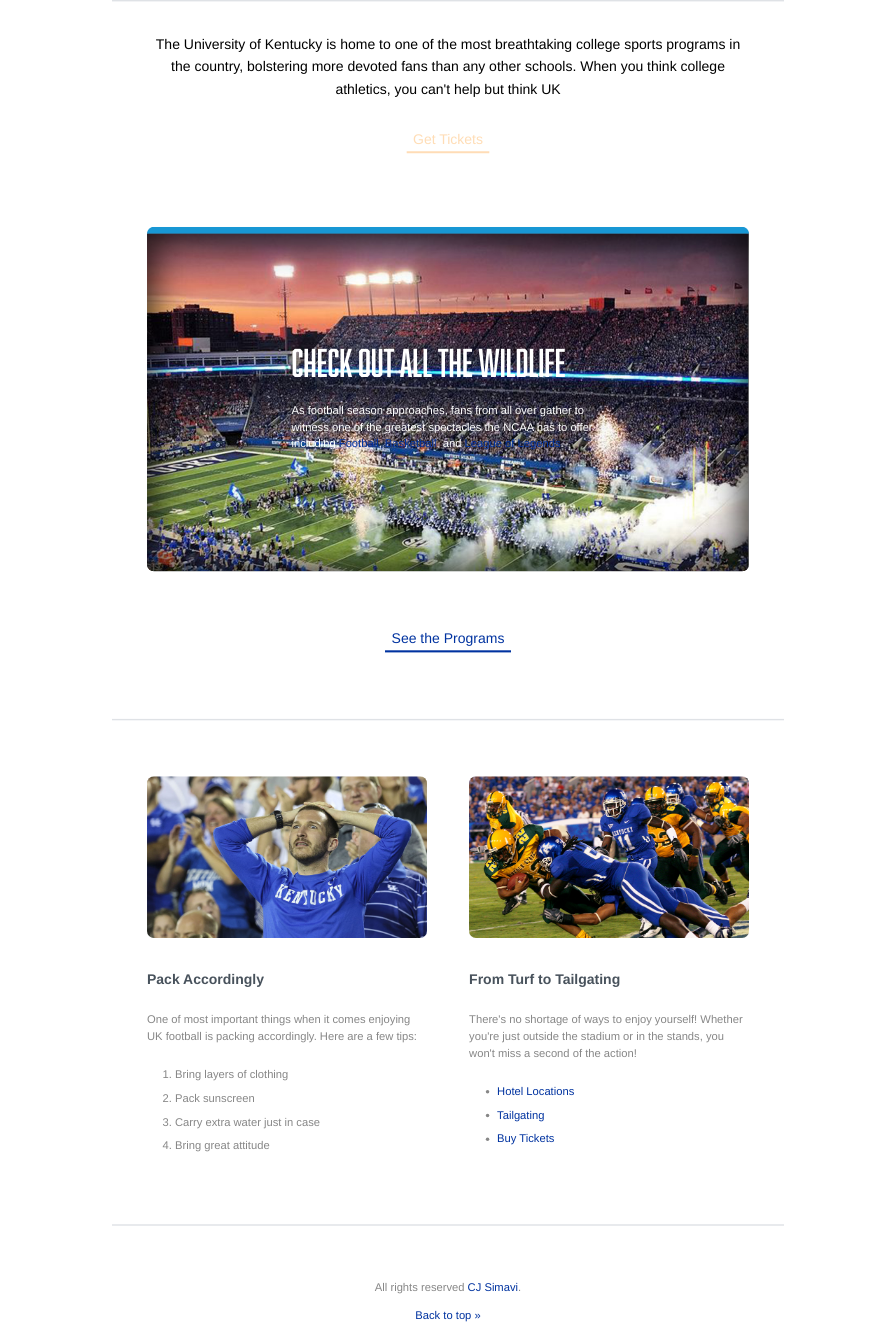
Repository: CalamityJayen/sportsball
Page: index.html
The author's editor kept a record of every edit. The page is drawn from the files as they stood at one moment, then again after the next edit.
The browser window is 1280 px wide. The pictures show the part of the page from y = 850 to 2750 px (the page is 2811 px tall), at 70% of full size.
The pointer rests on the first visible `a`.

Above is the page before.

After the next edit:
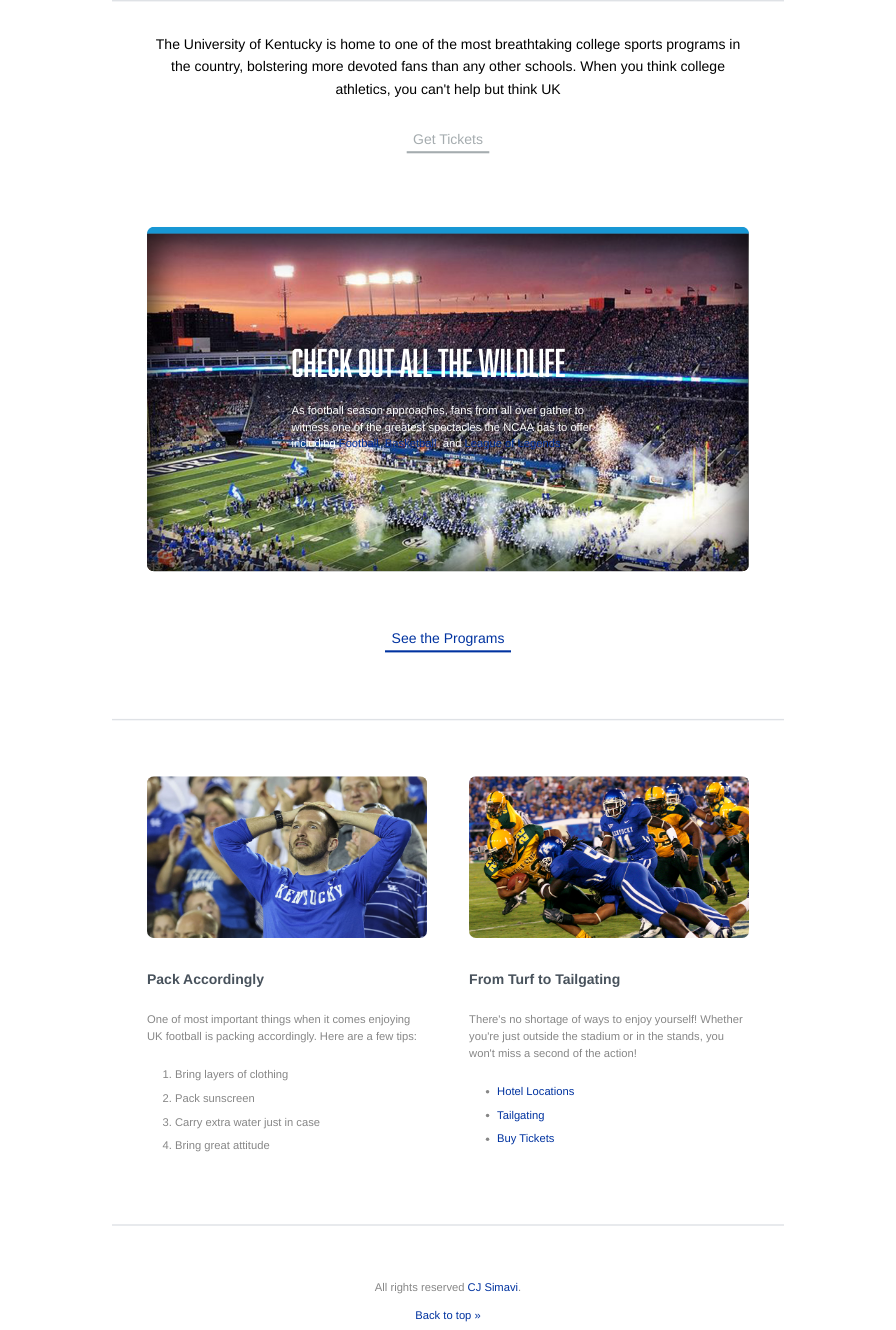
The edit:
--- a/css/style.css
+++ b/css/style.css
@@ -75,7 +75,7 @@
 }
 
 a:hover {
-  color: rgba(255, 169, 73, .4);
+  color: #a5acaf;
 }
 
 a:active {
